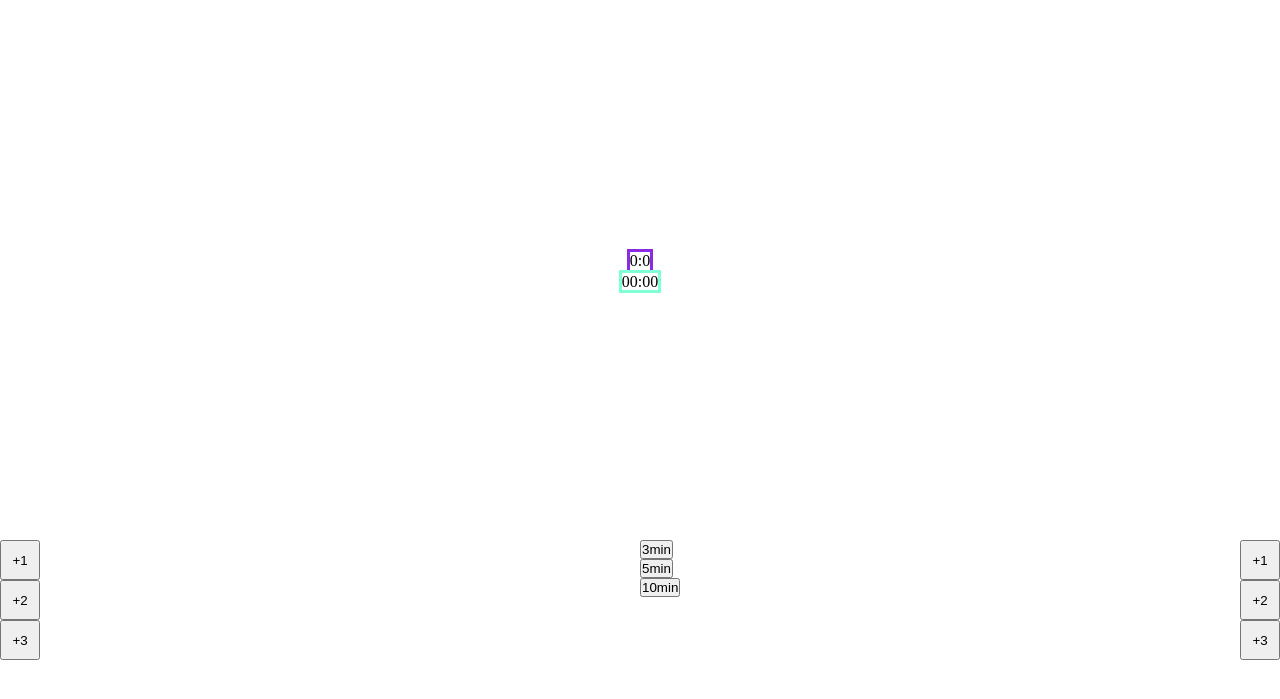
Repository: bollo89/scoreBoard
Page: index.html
The author's editor kept a copy of each file at every save. The page is drawn from the files as they stood at one save, then again after the next save.
The browser window is 1280 px wide. The pictures show the whole page.

Above is the page before, as saved 2022-01-25 14:47:50.

### index.html
<!DOCTYPE html>
<html lang="en">
<head>
    <meta charset="UTF-8">
    <meta http-equiv="X-UA-Compatible" content="IE=edge">
    <meta name="viewport" content="width=device-width, initial-scale=1.0">
    <link rel="stylesheet" href="./style.css">
    <title>Document</title>
</head>
<body>
    <div class="tablica">
        <div class="wynik">
            <div class="home"></div>
            <div class="colon">:</div>
            <div class="away"></div>
        </div>
        <div><span class="timer">00:00</span></div>
    </div>
    <div class="menu">
        <div class="btnsH">
            <div><button class="btn1h">+1</button></div>
            <div><button class="btn2h">+2</button></div>
            <div><button class="btn3h">+3</button></div>
        </div>
        <div class="centralMenu">
            <button class="btnTimer3min">3min</button>
            <button class="btnTimer5min">5min</button>
            <button class="btnTimer10min">10min</button>
        </div>
        <div class="btnsA">
            <div><button class="btn1a">+1</button></div>
            <div><button class="btn2a">+2</button></div>
            <div><button class="btn3a">+3</button></div>
        </div>
    </div>
    </body>
<script src="./script.js"></script>
</body>
</html>

### style.css
* {
    margin: 0;
    padding: 0;
}
.tablica {
    height: 75vh;
    width: 100%;
    display: flex;
    flex-direction: column;
    align-items: center;
    justify-content: center;
}

.wynik {
    display: flex;
    flex-direction: row;
    border: 3px solid blueviolet;
}
.timer {
    border: 3px solid aquamarine;
}

.menu {
    height: 25vh;
    width: 100%;
    display: flex;
    flex-direction: row;
    justify-content: space-between;
    font-size: 0;
}
.btnsH {
    display: flex;
    flex-direction: column;
    align-items: flex-start;
}
.btnsA {
    display: flex;
    flex-direction: column;
    align-items: flex-end;
}
.btn1h, .btn2h, .btn3h, .btn1a , .btn2a, .btn3a {
    height: 3em;
    width: 3em;
}
.centralMenu {
    width: 3em;
    height: 3em;
    justify-content: center;
}

### script.js
let home = document.querySelector('.home');
let n = 0;
home.innerHTML = n;

let away = document.querySelector('.away');
let m = 0;
away.innerHTML = m;

let btn1h = document.querySelector('.btn1h');
let btn2h = document.querySelector('.btn2h');
let btn3h = document.querySelector('.btn3h');
let btn1a = document.querySelector('.btn1a');
let btn2a = document.querySelector('.btn2a');
let btn3a = document.querySelector('.btn3a');
//punkty po lewej
function score1home() {
    n+=1;
    home.innerHTML = n;
    console.log(n);
}
function score2home() {
    n+=2;
    home.innerHTML = n;
    console.log(n);
}
function score3home() {
    n+=3;
    home.innerHTML = n;
    console.log(n);
}
//punkty po prawej
function score1away() {
    m+=1;
    away.innerHTML = m;
    console.log(m);
}
function score2away() {
    m+=2;
    away.innerHTML = m;
    console.log(m);
}
function score3away() {
    m+=3;
    away.innerHTML = m;
    console.log(m);
}

//przyciskibtn1.addEventListener('click',score1home,false);
btn1h.addEventListener('click',score1home,false);
btn2h.addEventListener('click',score2home,false);
btn3h.addEventListener('click',score3home,false);
btn1a.addEventListener('click',score1away,false);
btn2a.addEventListener('click',score2away,false);
btn3a.addEventListener('click',score3away,false);

// setInterval(myTimer, 1000);

function timer5min(evt) {

    const startMin = evt.currentTarget.myParam;
    let time = startMin * 60;
    let refreshIntervalId = setInterval(updateCounter, 1000);

    const timerEl = document.querySelector('.timer');

    // setInterval(updateCounter,1000);

    function updateCounter() {

        const minutes = Math.floor(time / 60);
        let seconds = time % 60;
        seconds = seconds < 10 ? '0' + seconds : seconds;
        timerEl.innerHTML= `${minutes}:${seconds}`;
        time--
        if (time < 0) {
            clearInterval(refreshIntervalId);
            beep();
        }
    }
}

let btn3min = document.querySelector('.btnTimer3min');
btn3min.addEventListener('click',timer5min,false);
btn3min.myParam = 3;

let btn5min = document.querySelector('.btnTimer5min');
btn5min.addEventListener('click',timer5min,false);
btn5min.myParam = 5;

let btn10min = document.querySelector('.btnTimer10min');
btn10min.addEventListener('click',timer5min,false);
btn10min.myParam = 10;



function beep() {
    var snd = new Audio('./signal.mp3');
    snd.play();
}

After the next save:
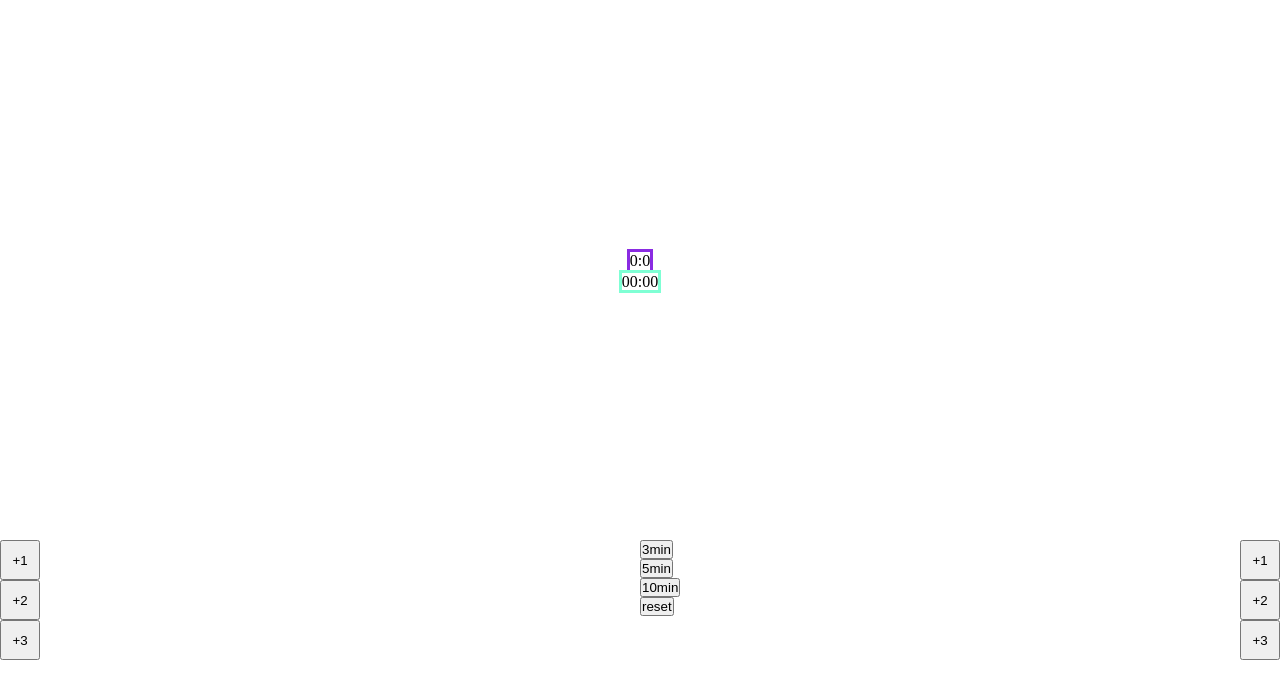
Saved 33 s later.
--- a/index.html
+++ b/index.html
@@ -26,6 +26,7 @@
             <button class="btnTimer3min">3min</button>
             <button class="btnTimer5min">5min</button>
             <button class="btnTimer10min">10min</button>
+            <button class="reset">reset</button>
         </div>
         <div class="btnsA">
             <div><button class="btn1a">+1</button></div>
